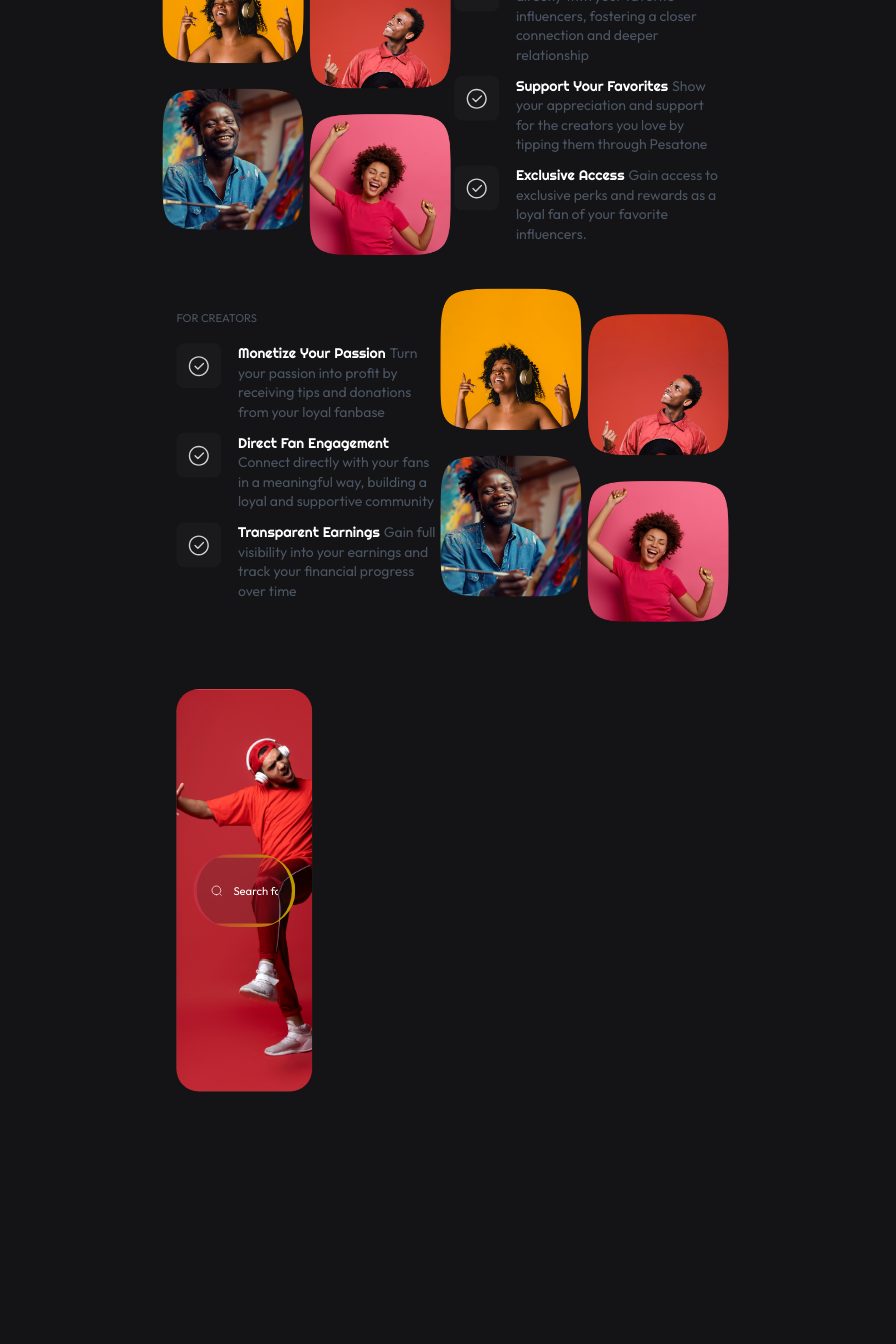
Repository: felixdusengimana/capstone-project-mirror
Page: / (app in frontend/)
An editor plug-in stored every save of this project. The page is shown before and after the next save, followed by the edit.
The browser window is 1280 px wide. The pictures show the part of the page from y = 2035 to 3955 px (the page is 3955 px tall), at 70% of full size.
The project was rebuilt for these pictures with package versions that can differ from the ones it lists, and the page was loaded fresh each time. The framework's server and built-in components were replaced by stand-ins that run in the browser. Also part of the build but not shown: frontend/next.config.mjs.

Above is the page before, as saved 2024-03-11 16:16:02.

### frontend/app/layout.tsx
import type { Metadata } from "next";
import { Righteous, Outfit } from "next/font/google";
import "./globals.css";

const outfit = Outfit({ subsets: ["latin"], variable: "--font-outfit" });
const righteous = Righteous({
  subsets: ["latin"],
  variable: "--font-righteous",
  weight: "400",
});

export const metadata: Metadata = {
  title: "Pesatone - Search and gift your favorite creators",
  description:
    "A place where fans show gratitude to the African content creators they love!",
};

export default function RootLayout({
  children,
}: Readonly<{
  children: React.ReactNode;
}>) {
  return (
    <html lang="en">
      <body className={`${outfit.variable} ${righteous.variable} font-sans`}>
        {children}
      </body>
    </html>
  );
}

### frontend/app/page.tsx
import Avatar from "@/components/atoms/Avatar";
import Headline from "@/components/atoms/Headline";
import Card from "@/components/molecules/Card";
import CardIcon from "@/components/molecules/CardIcon";
import Search from "@/components/molecules/Search";
import SmallCard from "@/components/molecules/SmallCard";
import Intro from "@/components/organisms/Intro";
import Navbar from "@/components/organisms/Navbar";
import Image from "next/image";
import React from "react";

export default function page() {
  return (
    <div className="py-[73px]">
      <Navbar />
      <Intro />
      <section className="mt-24 page-padding">
        <div className="max-w-[503px] mx-auto text-center">
          <h5 className="uppercase text-gray-600 mb-4">features</h5>
          <Headline className="text-4xl text-center">
            Unleash Your Influence with Our Exclusive Features
          </Headline>
        </div>
        <div className="grid grid-cols-3 gap-[18px] mt-12">
          <Card title="Secure Transactions" icon="secure">
            Pesatone employs advanced encryption for secure transactions,
            safeguarding you and your fans
          </Card>
          <Card title="Direct Engagement" icon="fast">
            Connect instantly with followers through Pesatone&apos;s
            user-friendly interface, fostering community and stronger
            relationships
          </Card>
          <Card title="Transparent Earnings" icon="dollar">
            Gain clear insight into earnings with Pesatone, easily tracking tips
            and donations for effective financial management
          </Card>
        </div>
      </section>

      <section className="mt-24 page-padding">
        <div className="max-w-[543px] mx-auto text-center">
          <h5 className="uppercase text-gray-600 mb-4">BENEFITS</h5>
          <Headline className="text-4xl text-center">
            Experience the Benefits: Pesatone for Fans and Creators
          </Headline>
        </div>
        <div className="grid grid-cols-2 gap-[18px] mt-12">
          <div className="grid grid-cols-2 w-fit">
            <Avatar
              alt="Profile 1"
              src="/profiles/profile4.png"
              size="2xl"
              circle={false}
              className="ml-[-20px]"
            />
            <Avatar
              alt="Profile 2"
              src={"/profiles/profile3.png"}
              size="2xl"
              circle={false}
              className="mt-[36px]"
            />
            <Avatar
              alt="Profile 3"
              src={"/profiles/profile2.png"}
              size="2xl"
              circle={false}
              className="ml-[-20px]"
            />
            <Avatar
              alt="Profile 4"
              src={"/profiles/profile1.png"}
              size="2xl"
              circle={false}
              className="mt-[36px]"
            />
          </div>
          <div className="flex flex-col justify-center">
            <h5 className="uppercase text-gray-600 mb-6">For Fans</h5>
            <div className="flex flex-col gap-4">
              <SmallCard icon="check" title="Direct Interaction">
                Engage directly with your favorite influencers, fostering a
                closer connection and deeper relationship
              </SmallCard>
              <SmallCard icon="check" title="Support Your Favorites">
                Show your appreciation and support for the creators you love by
                tipping them through Pesatone
              </SmallCard>
              <SmallCard icon="check" title="Exclusive Access ">
                Gain access to exclusive perks and rewards as a loyal fan of
                your favorite influencers.
              </SmallCard>
            </div>
          </div>
        </div>

        <div className="grid grid-cols-2 gap-[18px]  mt-12">
          <div className="flex flex-col justify-center">
            <h5 className="uppercase text-gray-600 mb-6">For creators</h5>
            <div className="flex flex-col gap-4">
              <SmallCard icon="check" title="Monetize Your Passion">
                Turn your passion into profit by receiving tips and donations
                from your loyal fanbase
              </SmallCard>
              <SmallCard icon="check" title="Direct Fan Engagement">
                Connect directly with your fans in a meaningful way, building a
                loyal and supportive community
              </SmallCard>
              <SmallCard icon="check" title="Transparent Earnings">
                Gain full visibility into your earnings and track your financial
                progress over time
              </SmallCard>
            </div>
          </div>
          <div className="grid grid-cols-2 ml-auto w-fit">
            <Avatar
              alt="Profile 1"
              src="/profiles/profile4.png"
              size="2xl"
              circle={false}
              className="ml-[-20px]"
            />
            <Avatar
              alt="Profile 2"
              src={"/profiles/profile3.png"}
              size="2xl"
              circle={false}
              className="mt-[36px]"
            />
            <Avatar
              alt="Profile 3"
              src={"/profiles/profile2.png"}
              size="2xl"
              circle={false}
              className="ml-[-20px]"
            />
            <Avatar
              alt="Profile 4"
              src={"/profiles/profile1.png"}
              size="2xl"
              circle={false}
              className="mt-[36px]"
            />
          </div>
        </div>
      </section>

      <section className="mt-24 page-padding">
        <div className="grid grid-cols-4 grid-rows-3 min-h-[862px]">
          <div className="bg-[url('/creator-bg.png')] bg-cover bg-no-repeat row-span-2 bg-red-400 rounded-[32px] px-6 flex items-center justify-center">
            <Search className="button-border-gradient" />
          </div>
        </div>
      </section>
    </div>
  );
}

### frontend/app/globals.css
@tailwind base;
@tailwind components;
@tailwind utilities;

:root {
  --bg: #141416;
  --bg-hover: #232326;
  --secondary-color: #17171A;
  --foreground-rgb: 0, 0, 0;
  --background-start-rgb: 214, 219, 220;
  --background-end-rgb: 255, 255, 255;
}

@media (prefers-color-scheme: dark) {
  :root {
    --foreground-rgb: 255, 255, 255;
    --background-start-rgb: 0, 0, 0;
    --background-end-rgb: 0, 0, 0;
  }
}

body {
  background: var(--bg);
  color: rgb(var(--foreground-rgb));
}

@layer utilities {
  .text-balance {
    text-wrap: balance;
  }
}

.page-padding {
  padding: 0 252px;
}

.button-border-gradient {
  width: 300px;
  padding: 40px 20px;
  border-left: 5px solid #c13041;
  border-right: 5px solid #bd9600;
  background-image: linear-gradient(90deg, #c13041, #bd9600), linear-gradient(90deg, #c13041, #bd9600);
  background-size: 100% 5px;
  background-position: 0 0, 0 100%;
  background-repeat: no-repeat;
}

### frontend/components/atoms/Avatar.tsx
/* eslint-disable @next/next/no-img-element */
import { ComponentProps } from "react";
import Icon from "./Icon";

interface AvatarProps extends ComponentProps<"div"> {
  src: string;
  alt?: string;
  size?: "sm" | "md" | "lg" | "xl" | "2xl";
  circle?: boolean;
  bordered?: boolean;
  fallBackText?: string;
}
export default function Avatar({ ...props }: AvatarProps) {
  const {
    src,
    alt,
    size = "sm",
    circle = true,
    fallBackText,
    bordered,
    ...rest
  } = props;

  const sizeClasses = {
    sm: "w-10 h-10",
    md: "w-12 h-12",
    lg: "w-16 h-16",
    xl: "w-[150px] h-[150px]",
    "2xl": "w-[202px] h-[202px]",
  };

  return (
    <div
      {...rest}
      className={`${src ? "bg-transparent" : "bg-gray-100"} ${
        circle ? "rounded-full" : "rounded"
      } ${bordered ? "border-2 border-white" : ""} ${sizeClasses[size]} ${
        rest.className
      } flex items-center justify-center overflow-hidden`}
    >
      {src ? (
        <img
          src={src}
          alt={alt}
          className={`w-full ${sizeClasses[size]} object-cover`}
        />
      ) : fallBackText ? (
        fallBackText
      ) : (
        <Icon name="user" />
      )}
    </div>
  );
}

### frontend/components/atoms/Headline.tsx
import { ComponentProps } from "react";

interface HeadlineProps extends ComponentProps<"h1"> {}

export default function Headline({ ...props }: HeadlineProps) {
  return (
    <div className={`font-mono text-white ${props.className}`}>
      {props.children}
    </div>
  );
}

### frontend/components/molecules/Card.tsx
import { ComponentProps } from "react";
import { IconNames } from "../atoms/Icon";
import Headline from "../atoms/Headline";
import CardIcon from "./CardIcon";

interface CardProps extends ComponentProps<"div"> {
  icon?: IconNames;
  title?: string;
}

export default function Card({ ...props }: CardProps) {
  const { icon, title, ...rest } = props;
  return (
    <div {...rest} className={`bg-[#171719] p-8 rounded-[23px]`}>
      {icon && <CardIcon icon={icon} />}
      <Headline className="text-2xl font-normal mt-6">{title}</Headline>
      <p
        className={`text-gray-600 font-normal text-xl mt-4 max-w-[333px] ${props.className}`}
      >
        {props.children}
      </p>
    </div>
  );
}

### frontend/components/molecules/Search.tsx
"use client";
import { ComponentProps, useEffect, useState } from "react";
import Icon from "../atoms/Icon";

interface SearchProps extends ComponentProps<"div"> {
  placeholder?: string;
  onSearch?: (query: string) => void;
  onClear?: () => void;
}
export default function Search({
  placeholder = "Search for creators",
  onSearch,
  onClear,
  ...props
}: SearchProps) {
  const [query, setQuery] = useState("");

  // return value after 300ms
  useEffect(
    () => {
      const timer = setTimeout(() => {
        onSearch?.(query);
      }, 300);
      return () => clearTimeout(timer);
    },
    // eslint-disable-next-line react-hooks/exhaustive-deps
    [query]
  );

  return (
    <div
      {...props}
      className={`flex bg-[#2C2C3033] px-5 py-4 gap-4 rounded-full ${props.className}`}
    >
      <Icon name="search" onClick={() => onSearch?.(query)} />
      <input
        disabled
        type="text"
        placeholder={placeholder}
        className="w-full text-white placeholder:text-white bg-transparent outline-none"
        onChange={(e) => setQuery(e.target.value)}
      />
    </div>
  );
}

### frontend/components/molecules/SmallCard.tsx
import { ComponentProps } from "react";
import { IconNames } from "../atoms/Icon";
import CardIcon from "./CardIcon";

interface SmallCardProps extends ComponentProps<"div"> {
  icon: IconNames;
  title: string;
}

export default function SmallCard({ ...props }: SmallCardProps) {
  return (
    <div className="flex gap-6">
      <CardIcon icon={props.icon} />
      <p className="text-gray-600 font-normal text-xl">
        <span className="text-white font-mono">{props.title} </span>
        {props.children}
      </p>
    </div>
  );
}

### frontend/components/organisms/Intro.tsx
"use client";

import Headline from "@/components/atoms/Headline";
import Search from "@/components/molecules/Search";
import DownloadApp from "../molecules/DownloadApp";

export default function Intro() {
  return (
    <div className="grid grid-cols-2 pl-[252px]">
      <div className="mt-40">
        <Headline className="text-[64px] leading-[79.47px]">
          Search and gift your favorite creators
        </Headline>
        <p className="text-xl text-gray-600 max-w-[535px] mt-5">
          A place where fans show gratitude to the African content creators they
          love!
        </p>
        <Search className="max-w-[502px] mt-10" />

        <p className="text-gray-600 mt-24 text-base">
          Trusted Users <br />
          Rated 4.5 by 700K+ Customers
        </p>
        <div className="flex gap-6 mt-6">
          <DownloadApp os="android" />
          <DownloadApp os="ios" className="px-[42px]" />
        </div>
      </div>
      <div className="h-full w-full">
        {/* eslint-disable-next-line @next/next/no-img-element */}
        <img src="./home-bg.png" alt="" className="w-full h-full" />
      </div>
    </div>
  );
}

### frontend/components/organisms/Navbar.tsx
import Image from "next/image";
import Button from "../atoms/Button";
import Link from "next/link";

export default function Navbar() {
  return (
    <div className="page-padding flex justify-between items-center">
      <Link href={"/"} className="flex  items-center gap-2">
        <Image
          src="/logo-white.png"
          alt="PESATONElogo"
          width={40}
          height={40}
        />
        <p className="text-sm">ESATONE</p>
      </Link>
      <div className="flex items-center gap-6">
        <Link href={"/login"}>
          <Button variant="secondary" className="px-12">
            Login
          </Button>
        </Link>
        <Link href={"/join"}>
          <Button variant="white" className="font-semibold">
            Sign up free
          </Button>
        </Link>
      </div>
    </div>
  );
}

### frontend/components/molecules/CardIcon.tsx
import React from "react";
import Icon, { IconNames } from "../atoms/Icon";

export default function CardIcon({ icon }: { icon: IconNames }) {
  return (
    <div className="w-16 min-w-[64px] h-16 rounded-[11px] bg-[#1A1A1C] flex items-center justify-center">
      <Icon name={icon} />
    </div>
  );
}

### frontend/components/molecules/DownloadApp.tsx
import { ComponentProps } from "react";
import Icon from "../atoms/Icon";

interface DownloadAppProps extends ComponentProps<"div"> {
  os: "android" | "ios";
}

export default function DownloadApp({ os, ...props }: DownloadAppProps) {
  return (
    <div
      {...props}
      className={`flex items-center gap-4 px-10 py-4 border border-[#202024] bg-[#202024] rounded-full cursor-pointer min-w-[202.09px]`}
    >
      <Icon name={os == "android" ? "google-play" : "apple-store"} />
      <div>
        <p className="text-[#DBDBDB] font-medium text-[10px]">
          {os == "android" ? "Get it On" : "Download on the"}
        </p>
        <h3 className="text-[#DBDBDB] font-bold text-sm">
          {os == "android" ? "Google Play" : "App Store"}
        </h3>
      </div>
    </div>
  );
}

### frontend/components/atoms/Button.tsx
import { ComponentProps } from "react";

interface ButtonProps extends ComponentProps<"button"> {
  variant?: "dark" | "white" | "blurred" | "secondary";
  size?: "sm" | "md" | "lg";
  bordered?: boolean;
}

export default function Button({ ...props }: ButtonProps) {
  const { variant = "dark", size = "md", bordered = false } = props;

  const variantClasses = {
    dark: "bg-black text-white",
    white: "bg-white text-black",
    secondary: "bg-secondary text-white",
    blurred: "bg-blurred text-white",
  };

  const sizeClasses = {
    sm: "px-2 py-1",
    md: "px-8 py-4",
    lg: "px-6 py-3",
  };

  const borderClasses = bordered ? "border border-black" : "";

  return (
    <button
      {...props}
      className={`text-xl font-normal rounded-full ${variantClasses[variant]} ${sizeClasses[size]} ${borderClasses} ${props.className}`}
    >
      {props.children}
    </button>
  );
}

### frontend/tailwind.config.ts
import type { Config } from "tailwindcss";

const config: Config = {
  content: [
    "./pages/**/*.{js,ts,jsx,tsx,mdx}",
    "./components/**/*.{js,ts,jsx,tsx,mdx}",
    "./app/**/*.{js,ts,jsx,tsx,mdx}",
  ],
  theme: {
    extend: {
      // backgroundImage: {
      //   "gradient-radial": "radial-gradient(var(--tw-gradient-stops))",
      //   "gradient-conic":
      //     "conic-gradient(from 180deg at 50% 50%, var(--tw-gradient-stops))",
      // },
      fontFamily: {
        sans: ["var(--font-outfit)"],
        mono: ["var(--font-righteous)"],
      },
      colors: {
        secondary: "var(--secondary-color)",
      },
    },
  },
  plugins: [],
};
export default config;

Loaded but not shown: frontend/components/atoms/Icon.tsx (241 lines, source omitted)

After the next save:
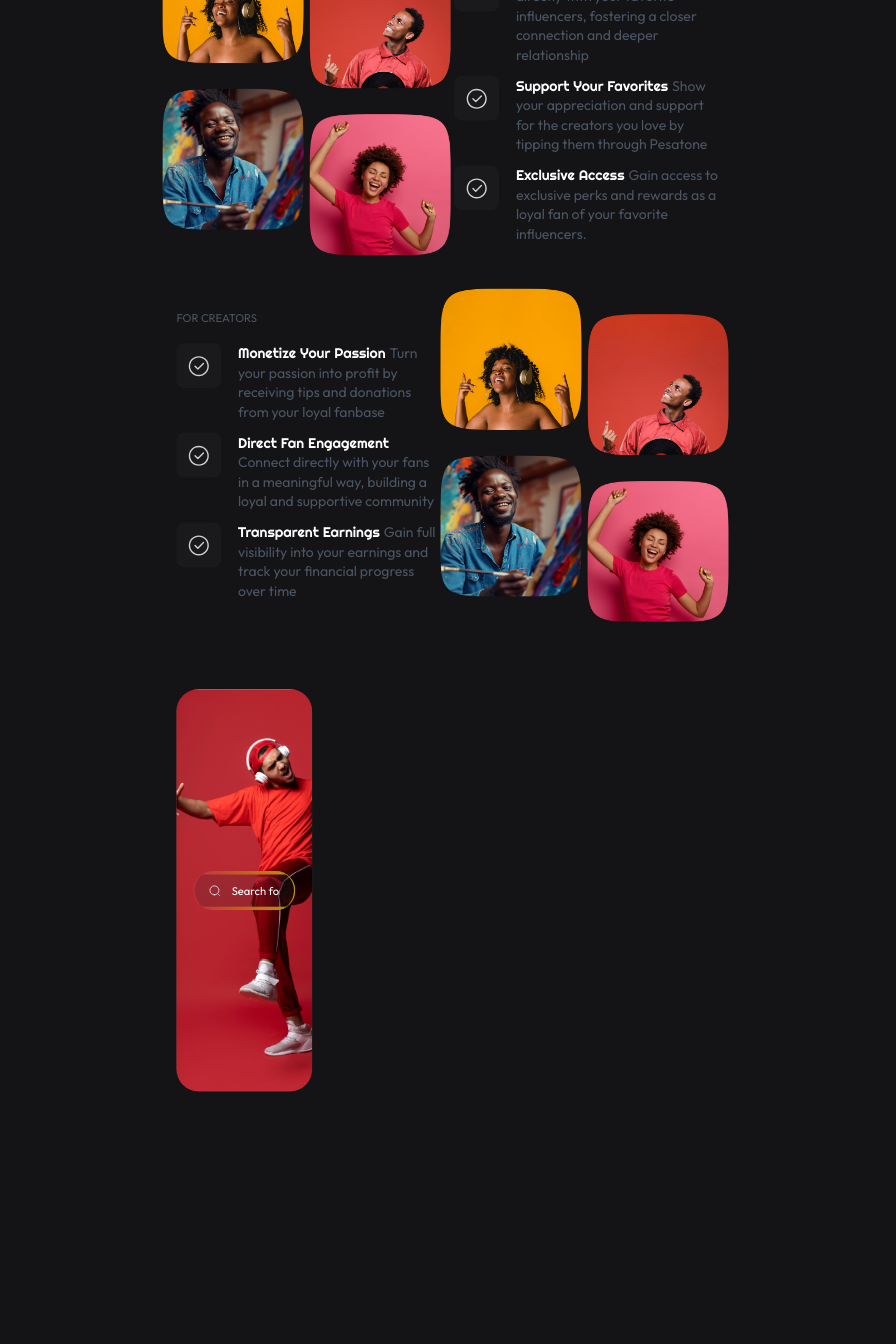
Saved 9 s later.
--- a/frontend/app/globals.css
+++ b/frontend/app/globals.css
@@ -35,10 +35,8 @@ body {
 }
 
 .button-border-gradient {
-  width: 300px;
-  padding: 40px 20px;
-  border-left: 5px solid #c13041;
-  border-right: 5px solid #bd9600;
+  border-left: 2px solid #c13041;
+  border-right: 2px solid #bd9600;
   background-image: linear-gradient(90deg, #c13041, #bd9600), linear-gradient(90deg, #c13041, #bd9600);
   background-size: 100% 5px;
   background-position: 0 0, 0 100%;
